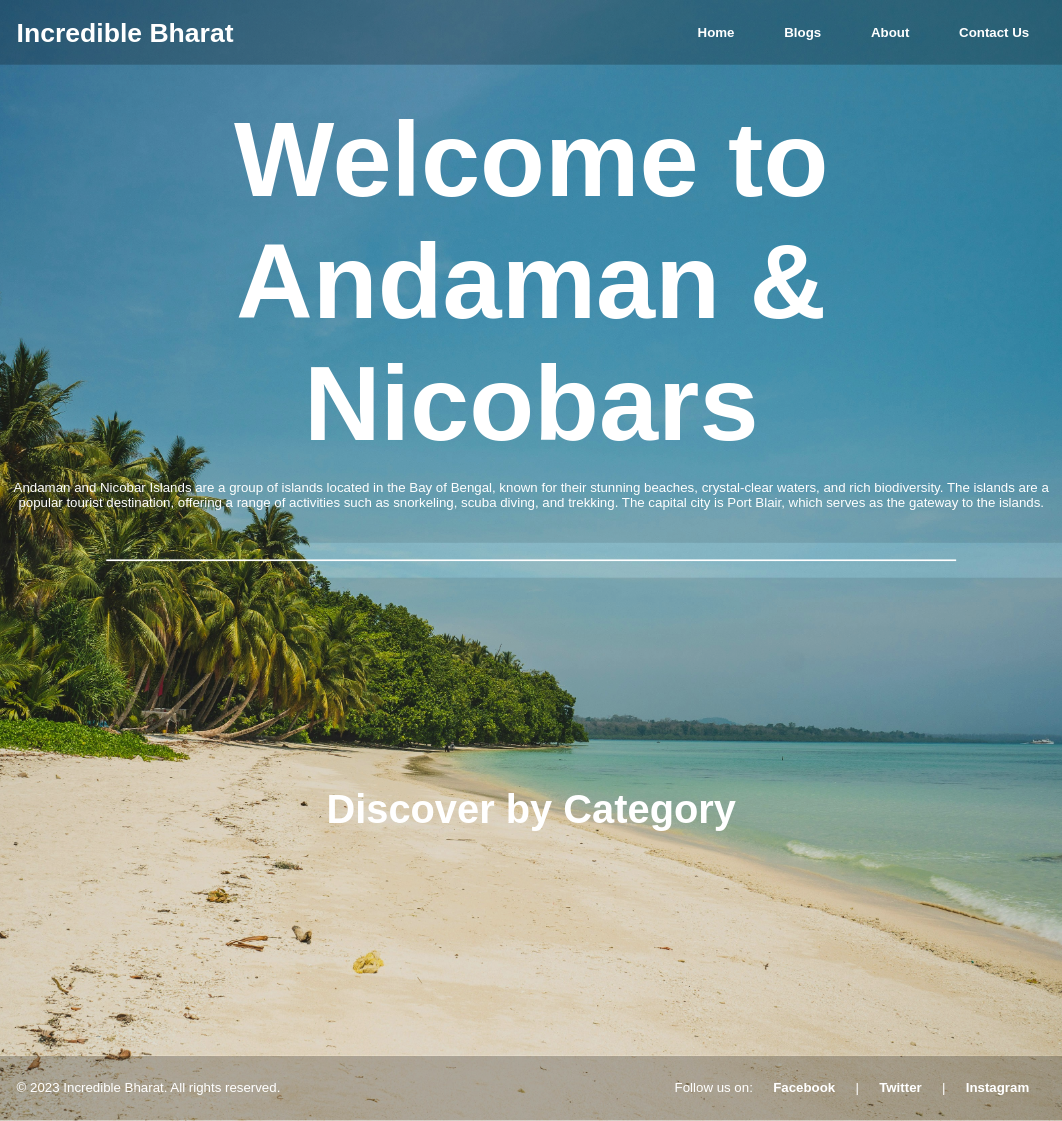
Repository: jaidhiman111/incrediblebharat
Page: destinations/Andaman&Nicobar.html
An editor plug-in stored every save of this project. The page is shown before and after a run of saves, followed by the edit.
The browser window is 1280 px wide. The pictures show the whole page, at 83% of full size.

Above is the page before, as saved 2025-04-30 23:20:46.

### destinations/Andaman&Nicobar.html
<!DOCTYPE html>
<html lang="en">

<head>
    <meta charset="UTF-8">
    <link rel="stylesheet" href="/assets/style.css">
    <meta name="viewport" content="width=device-width, initial-scale=1.0">
    <title>Document</title>
</head>

<body class="andaman-nicobar">
    <!-- This is the header of the page. -->
    <header class="header">
        <div class="logo">
            <h1>Incredible Bharat</h1>
        </div>
        <div class="nav">
            <nav>
                <ul>
                    <li>
                        <a href="/index.html">Home</a>
                        <a href="#">Blogs</a>
                        <a href="#">About</a>
                        <a href="#">Contact Us</a>
                    </li>
                </ul>
            </nav>
        </div>
    </header>
    <!-- This is the main content of the page. -->
    <main class="main-container">
        <section class="hero-section">
            <h2>Welcome to Andaman & Nicobars</h2>
            <p>Andaman and Nicobar Islands are a group of islands located in the Bay of Bengal, known for their stunning
                beaches, crystal-clear waters, and rich biodiversity. The islands are a popular tourist destination,
                offering a range of activities such as snorkeling, scuba diving, and trekking. The capital city is Port
                Blair, which serves as the gateway to the islands.</p>
        </section>
        <hr>
        <section class="state-section">
            <h2>Discover by Category</h2>
        </section>
    </main>
    <!-- This is the footer of the page. -->
    <footer class="footer">
        <div>
            <p>&copy; 2023 Incredible Bharat. All rights reserved.</p>
        </div>
        <div>
            <p>Follow us on:
                <a href="#">Facebook</a> |
                <a href="#">Twitter</a> |
                <a href="#">Instagram</a>
        </div>
    </footer>
</body>

</html>

### assets/style.css
* {
    box-sizing: border-box;
    margin: 0;
    padding: 0;
}

.home {
    font-family: Arial, sans-serif;
    background-image: url('/media/bg-cover.jpg');
    background-size: cover;
    background-repeat: no-repeat;
    background-position: center;
    color: #fff;
}

.andaman-nicobar {
    font-family: Arial, sans-serif;
    background-image: url('/media/andaman.jpg');
    background-size: cover;
    background-repeat: no-repeat;
    background-position: center;
    color: #fff;
}


/* This is for header */
.header {
    background-color: rgba(0, 0, 0, 0.3);
    display: flex;
    justify-content: space-between;
    align-items: center;
    padding: 20px;
    position: sticky;
    top: 0;
    text-align: center;
}

li {
    list-style: none;
    display: flex;
    gap: 20px;
}

li a {
    /* background-color:aqua ; */
    padding: 10px 20px;
    border-radius: 5px;
    text-decoration: none;
    color: #fff;
    font-weight: bold;
}

li a:hover {
    color: #fff;
    transform: scale(1.1);
    /* background-color: rgba(0, 0, 0, 0.4); */
}

/* This is for section */
section{
    background-color: rgba(0, 0, 0, 0.1);
}

.hero-section {
    display: flex;
    flex-direction: column;    /* stack items vertically */
    justify-content: center;   /* center vertically */
    align-items: center;       /* center horizontally */
    height: 80vh;
    text-align: center;
}

.hero-section h2 {
    font-size: 8rem;
    margin-bottom: 20px;
}

.hero-section a {
    text-decoration: none;
    color: #fff;
    font-size: 1.5rem;
    margin-bottom: 20px;
}

.hero-section a:hover {
    color: #fff;
    text-decoration: underline;
    transform: scale(1.1);
    transition: transform 0.3s ease-in-out;
}

hr {
    width: 80%;
    margin: 20px auto;
    border: 1px solid #fff;
}

.state-section {
    display: flex;
    flex-direction: column;    /* stack items vertically */
    justify-content: center;
    align-items: center;
    height: 80vh;
    text-align: center;
}

.state-section h2 {
    font-size: 3rem;
    margin-bottom: 20px;
}

.state-button {
    padding: 30px;
    max-width: 100rem;
    margin: 0 auto;
  }

  .state-button button {
    background-color: rgba(0, 0, 0, 0.4);  /* Soft blue */
    border: none;
    border-radius: 8px;
    margin: 10px ;
    padding: 12px 20px;
    cursor: pointer;
    transition: background-color 0.3s ease;
    font-size: 16px;
    font-weight: 500;
  }

  .state-button button a {
    color: #ffffff;
    text-decoration: none;
    display: block;
    width: 100%;
    height: 100%;
  }

  .state-button button:hover {
    background-color: rgba(0, 0, 0, 0.7); /* Darker blue on hover */
    transform: scale(1.1); /* Slightly enlarge the button on hover */
    transition: transform 0.3s ease-in-out;
  }

  /* This is for footer */

.footer {
    background-color: rgba(0, 0, 0, 0.3);
    display: flex;
    justify-content: space-between;
    align-items: center;
    padding: 20px;
    position: relative;
    bottom: 0;
    text-align: center;
}

.footer li {
    list-style: none;
    display: flex;
    gap: 20px;
}

.footer a {
    display: inline-block;
    padding: 10px 20px;
    border-radius: 5px;
    text-decoration: none;
    color: #fff;
    font-weight: bold;
}
.footer a:hover {
    color: #fff;
    transform: scale(1.1);

}

/* This is for media queries */
/* --- Andaman & Nicobar Page Enhancements --- */

After the next 2 saves:
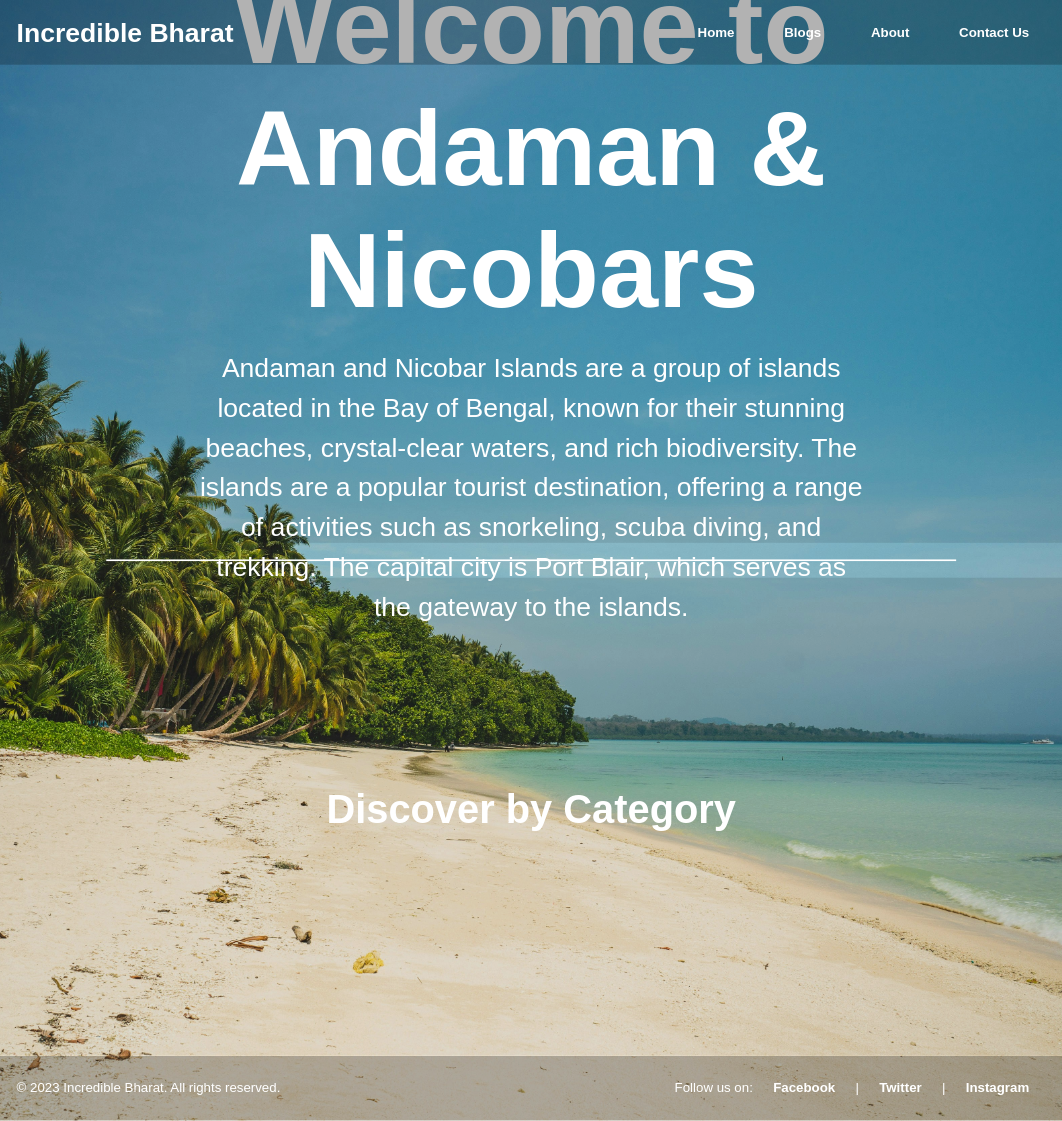
The 2 saves are shown as one change because they came seconds apart.
The last was saved 49 s later.
--- a/assets/style.css
+++ b/assets/style.css
@@ -42,7 +42,6 @@ li {
 }
 
 li a {
-    /* background-color:aqua ; */
     padding: 10px 20px;
     border-radius: 5px;
     text-decoration: none;
@@ -52,9 +51,7 @@ li a {
 
 li a:hover {
     color: #fff;
-    transform: scale(1.1);
-    /* background-color: rgba(0, 0, 0, 0.4); */
-}
+    transform: scale(1.1);}
 
 /* This is for section */
 section{
@@ -73,6 +70,13 @@ section{
 .hero-section h2 {
     font-size: 8rem;
     margin-bottom: 20px;
+}
+
+.hero-section p{
+    font-size: 2rem;
+    margin-bottom: 20px;
+    max-width: 800px;         /* limit the width of the paragraph */
+    line-height: 1.5;        /* improve readability */
 }
 
 .hero-section a {
